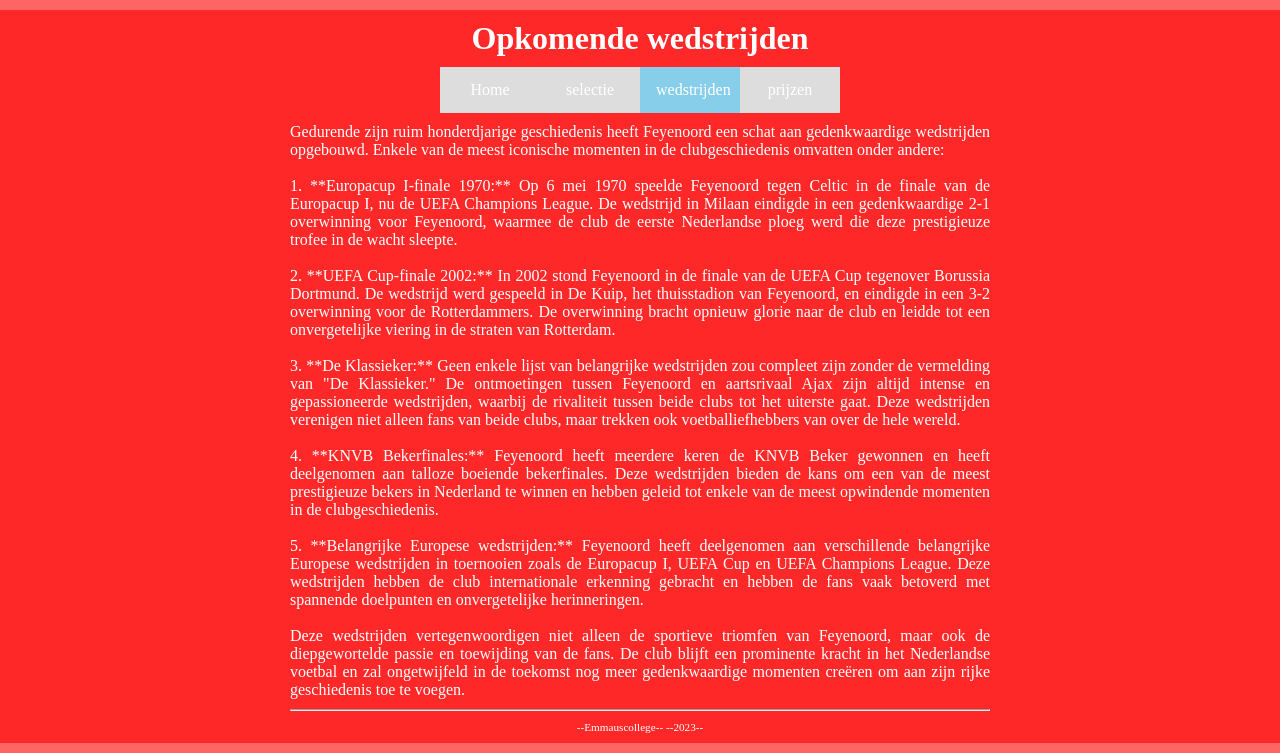
Repository: Manoize/ManoIze
Page: info.html
These files come from the project's save history. The page is drawn as it stood at one moment and after the next save; the edit follows.
The browser window is 1280 px wide. The pictures show the whole page.

Above is the page before, as saved 2023-10-24 10:22:01.

After the next save:
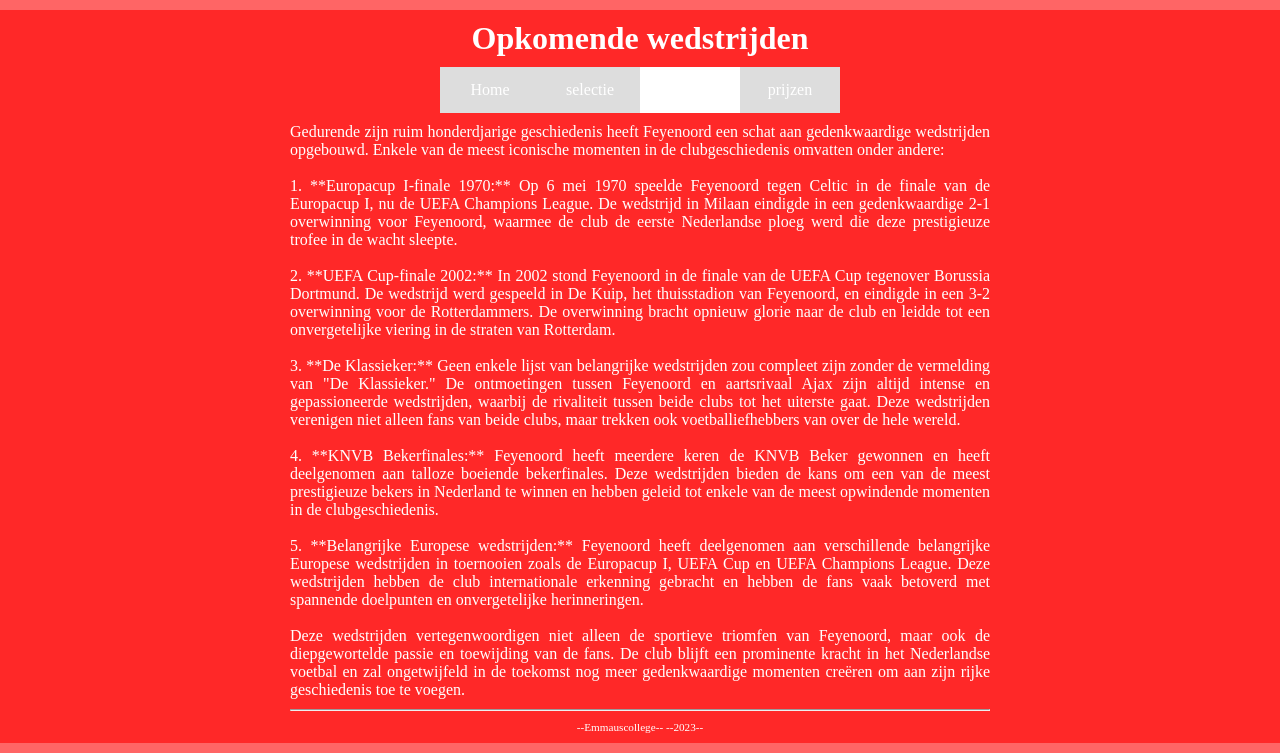
Saved 10 s later.
--- a/style.css
+++ b/style.css
@@ -129,5 +129,5 @@
 }
 
 nav li a.active {
-    background-color: skyblue;
+    background-color: rgb(255, 255, 255);
 }
